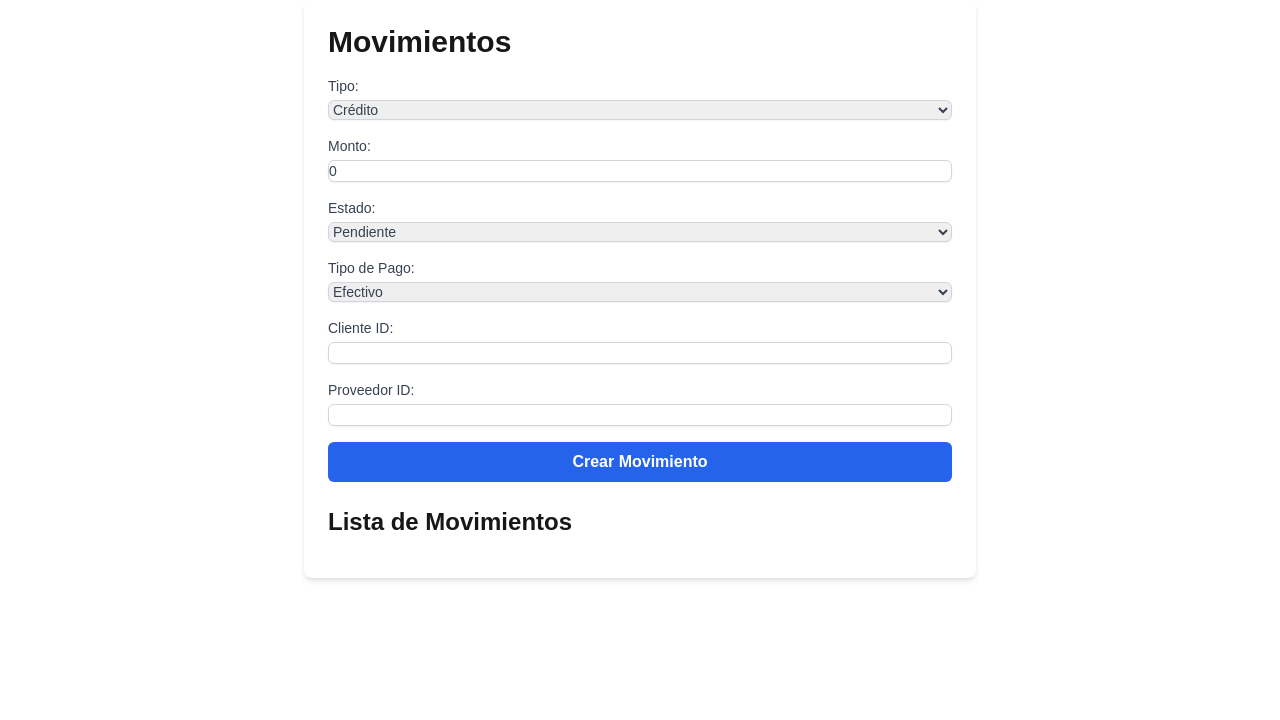
Repository: manucavallera/Sistema-Gestion
Page: /movimientos
These files come from the project's save history. The page is drawn as it stood at one moment and after the next save; the edit follows.
The browser window is 1280 px wide. The pictures show the whole page.
The page's requests for data from a server got no answer. The project was rebuilt for these pictures with package versions that can differ from the ones it lists, and the page was loaded fresh each time. The framework's server and built-in components were replaced by stand-ins that run in the browser. No one was signed in, and anything a server would have sent is missing. Also part of the build but not shown: next.config.mjs.

Above is the page before, as saved 2024-11-20 20:48:19.

After the next save:
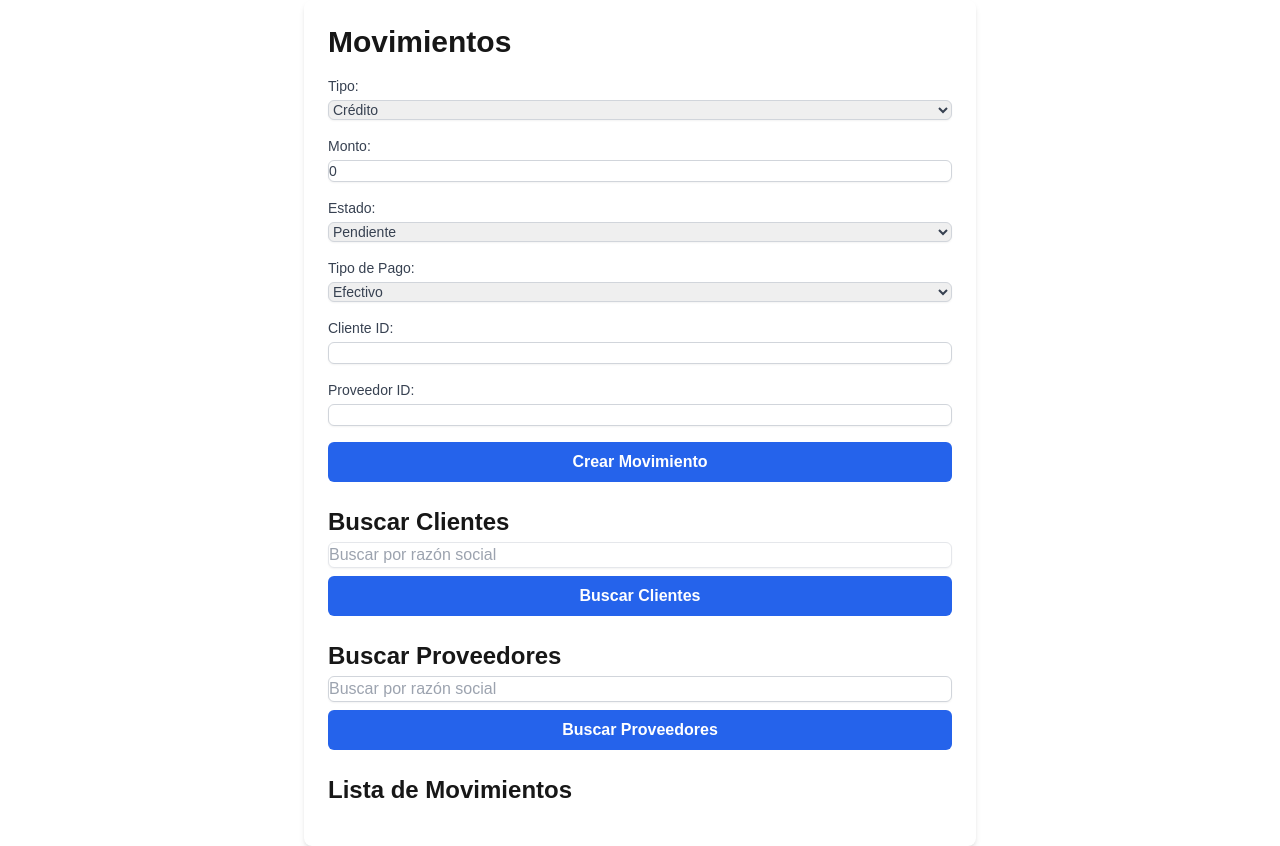
Saved 6 min 58 s later.
--- a/src/app/movimientos/page.tsx
+++ b/src/app/movimientos/page.tsx
@@ -3,39 +3,64 @@ import { useEffect, useState } from "react";
 
 interface Movimiento {
   id: number;
-  tipo: string;
+  tipo: string; // "CREDITO" o "DEBITO"
   monto: number;
-  estado: string;
-  tipoPago: string;
+  estado: string; // "PENDIENTE", "COMPLETADO", "CANCELADO"
+  tipoPago: string; // "EFECTIVO", "TARJETA", etc.
   clienteId: number | null;
   proveedorId: number | null;
 }
 
+interface Cliente {
+  id: number;
+  razonSocial: string;
+}
+
+interface Proveedor {
+  id: number;
+  razonSocial: string;
+}
+
 const MovimientosPage = () => {
   const [movimientos, setMovimientos] = useState<Movimiento[]>([]);
+  const [clientes, setClientes] = useState<Cliente[]>([]);
+  const [proveedores, setProveedores] = useState<Proveedor[]>([]);
   const [tipo, setTipo] = useState<string>("CREDITO");
   const [monto, setMonto] = useState<number>(0);
   const [estado, setEstado] = useState<string>("PENDIENTE");
   const [tipoPago, setTipoPago] = useState<string>("EFECTIVO");
   const [clienteId, setClienteId] = useState<number | null>(null);
   const [proveedorId, setProveedorId] = useState<number | null>(null);
-
-  // Función para obtener movimientos
+  const [searchCliente, setSearchCliente] = useState<string>("");
+  const [searchProveedor, setSearchProveedor] = useState<string>("");
+
+  // Funciones para obtener datos
   const fetchMovimientos = async () => {
     const response = await fetch("/api/movimientos");
     const data = await response.json();
     setMovimientos(data);
   };
 
-  // Cargar movimientos al montar el componente
+  const fetchClientes = async () => {
+    const response = await fetch(`/api/clientes?razonSocial=${searchCliente}`);
+    const data = await response.json();
+    setClientes(data);
+  };
+
+  const fetchProveedores = async () => {
+    const response = await fetch(
+      `/api/proveedores?razonSocial=${searchProveedor}`
+    );
+    const data = await response.json();
+    setProveedores(data);
+  };
+
   useEffect(() => {
     fetchMovimientos();
   }, []);
 
-  // Función para manejar la creación de un nuevo movimiento
   const handleCreateMovimiento = async (e: React.FormEvent) => {
     e.preventDefault();
-
     const response = await fetch("/api/movimientos", {
       method: "POST",
       headers: {
@@ -52,14 +77,13 @@ const MovimientosPage = () => {
     });
 
     if (response.ok) {
-      // Resetea los campos del formulario
       setTipo("CREDITO");
       setMonto(0);
       setEstado("PENDIENTE");
       setTipoPago("EFECTIVO");
       setClienteId(null);
       setProveedorId(null);
-      fetchMovimientos(); // Vuelve a cargar los movimientos
+      fetchMovimientos();
     } else {
       const errorData = await response.json();
       console.error("Error al crear movimiento:", errorData.error);
@@ -115,7 +139,7 @@ const MovimientosPage = () => {
             <select
               value={tipoPago}
               onChange={(e) => setTipoPago(e.target.value)}
-              className='mt-1 block w-full border border-gray-300 rounded-md shadow-sm focus:ring-blue-500 focus:border -blue-500'
+              className='mt-1 block w-full border border-gray-300 rounded-md shadow-sm focus:ring-blue-500 focus:border-blue-500'
             >
               <option value='EFECTIVO'>Efectivo</option>
               <option value='TARJETA'>Tarjeta</option>
@@ -157,6 +181,58 @@ const MovimientosPage = () => {
           Crear Movimiento
         </button>
       </form>
+      <div className='mt-6'>
+        <h2 className='text-2xl font-bold'>Buscar Clientes</h2>
+        <input
+          type='text'
+          value={searchCliente}
+          onChange={(e) => setSearchCliente(e.target.value)}
+          placeholder='Buscar por razón social'
+          className='mt-1 block w-full border border-gray- 300 rounded-md shadow-sm focus:ring-blue-500 focus:border-blue-500'
+        />
+        <button
+          onClick={fetchClientes}
+          className='mt-2 w-full py-2 px-4 bg-blue-600 text-white font-semibold rounded-md hover:bg-blue-700 transition duration-200'
+        >
+          Buscar Clientes
+        </button>
+        <ul className='mt-4 space-y-2'>
+          {clientes.map((cliente) => (
+            <li
+              key={cliente.id}
+              className='p-2 border border-gray-200 rounded-md'
+            >
+              {cliente.razonSocial}
+            </li>
+          ))}
+        </ul>
+      </div>
+      <div className='mt-6'>
+        <h2 className='text-2xl font-bold'>Buscar Proveedores</h2>
+        <input
+          type='text'
+          value={searchProveedor}
+          onChange={(e) => setSearchProveedor(e.target.value)}
+          placeholder='Buscar por razón social'
+          className='mt-1 block w-full border border-gray-300 rounded-md shadow-sm focus:ring-blue-500 focus:border-blue-500'
+        />
+        <button
+          onClick={fetchProveedores}
+          className='mt-2 w-full py-2 px-4 bg-blue-600 text-white font-semibold rounded-md hover:bg-blue-700 transition duration-200'
+        >
+          Buscar Proveedores
+        </button>
+        <ul className='mt-4 space-y-2'>
+          {proveedores.map((proveedor) => (
+            <li
+              key={proveedor.id}
+              className='p-2 border border-gray-200 rounded-md'
+            >
+              {proveedor.razonSocial}
+            </li>
+          ))}
+        </ul>
+      </div>
       <h2 className='text-2xl font-bold mt-6'>Lista de Movimientos</h2>
       <ul className='mt-4 space-y-2'>
         {movimientos.map((movimiento) => (
